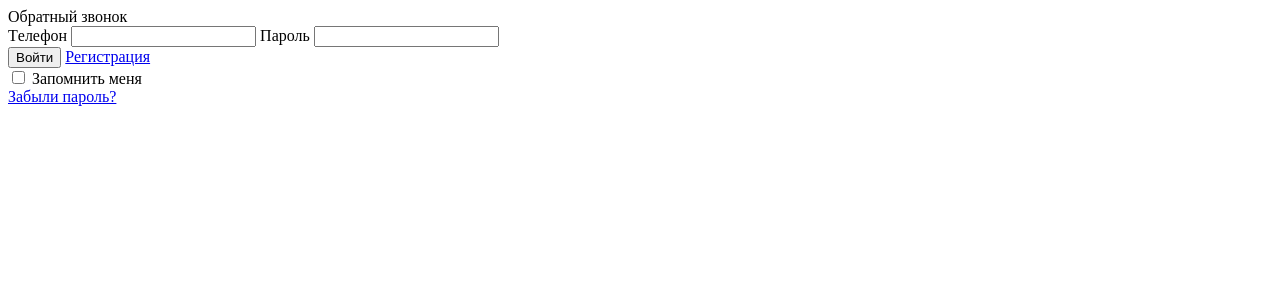
Repository: chekhunov/suntour
Page: app/html/components/_backcall.html
An editor plug-in stored every save of this project. The page is shown before and after the next save, followed by the edit.
The browser window is 1280 px wide. The pictures show the whole page.

Above is the page before, as saved 2021-03-15 16:03:00.

After the next save:
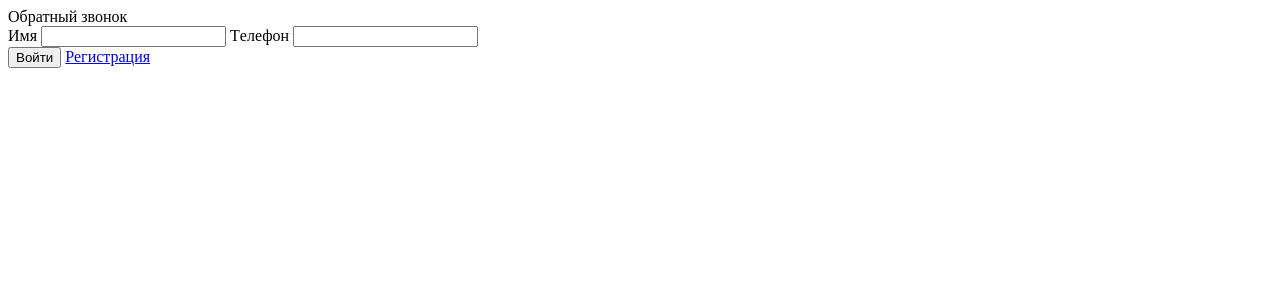
Saved 3 min 16 s later.
--- a/app/html/components/_backcall.html
+++ b/app/html/components/_backcall.html
@@ -8,21 +8,21 @@
 
     </span>
 
-    <form class="login__form" action="#">
+    <form class="backcall__form" action="#">
 
-      <label for="log-u" class="login__label">
+      <label for="call-n" class="backcall__label">
+
+        Имя
+
+        <input id="call-n" class="backcall__input" type="name" name="name" required>
+
+      </label>
+
+      <label for="log-u" class="backcall__label">
 
         Tелефон
 
-        <input id="log-u" class="login__input" type="email" name="email" required>
-
-      </label>
-
-      <label for="log-p" class="login__label">
-
-        Пароль
-
-        <input id="log-p" class="login__input" type="password" name="password" required>
+        <input id="log-u" class="backcall__input" type="phone" name="phone" required>
 
       </label>
 
@@ -42,28 +42,6 @@
 
       </div>
 
-      <div class="login__inner-box">
-
-        <div class="login__label-box">
-
-          <label for="check-r" class="login__label login__label--box">
-
-            <input id="check-r" class="login__input-checkbox" type="checkbox" name="checkbox">
-
-            Запомнить меня
-
-          </label>
-
-        </div>
-
-        <a class="login__error" href="recovery.html">
-
-          Забыли пароль?
-
-        </a>
-
-      </div>
-
     </form>
 
   </div>
